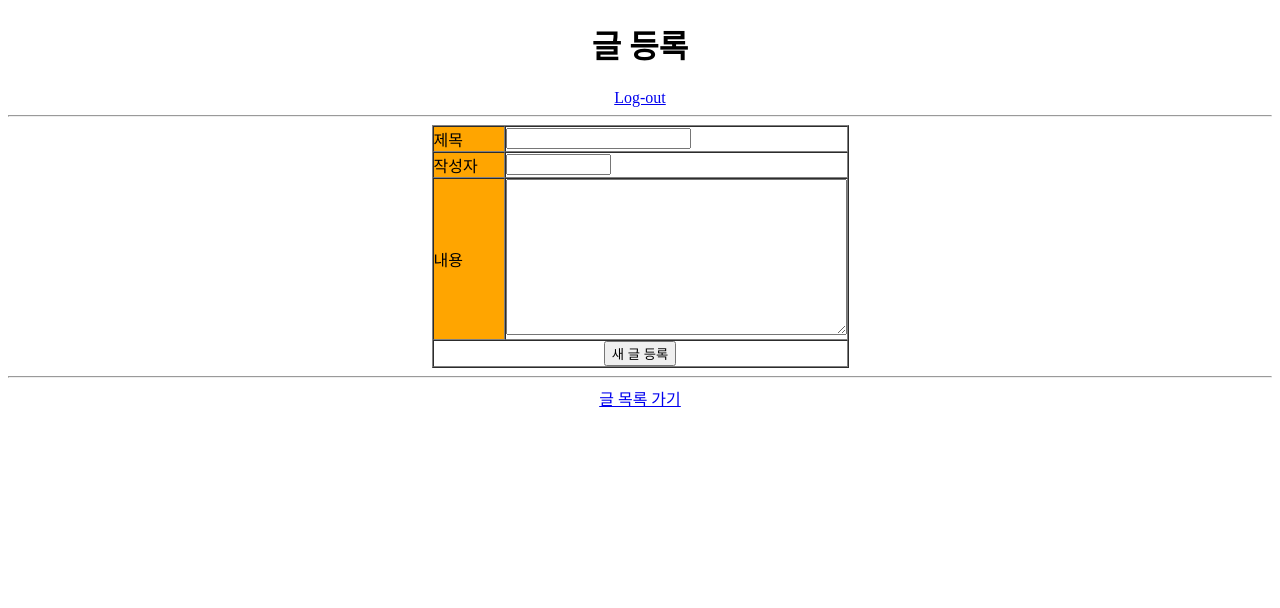
Repository: eunahpae/Spring_
Page: http://localhost/BoardWeb/insertBoard.jsp
These files come from the project's save history. The page is drawn as it stood at one moment and after the next save; the edit follows.
The browser window is 1280 px wide. The pictures show the whole page.
The page is served by Tomcat 9. Nobody is signed in. The application's start-up code is not run. Other server files are loaded and not shown.

Above is the page before, as saved 2024-07-16 04:46:46.

### BoardWeb/src/main/webapp/insertBoard.jsp
<%@ page language="java" contentType="text/html; charset=UTF-8"
	pageEncoding="UTF-8"%>
<!DOCTYPE html>
<html>
<head>
<meta charset="UTF-8">
<title>새 글 등록</title>
</head>
<body>
	<center>
		<h1>글 등록</h1>
		<a href="logout_proc.jsp">Log-out</a>
		<hr>
		<form action="insertBoard.do" method="post" enctype="multipart/form-data">
			<table border="1" cellpadding="0" cellspacing="0">
				<tr>
					<td bgcolor="orange" width="70">제목</td>
					<td align="left"><input type="text" name="title" /></td>
				</tr>
				<tr>
					<td bgcolor="orange">작성자</td>
					<td align="left"><input type="text" name="writer" size="10" /></td>
				</tr>
				<tr>
					<td bgcolor="orange">내용</td>
					<td align="left"><textarea name="content" cols="40" rows="10"></textarea></td>
				</tr>
				<tr>
					<td colspan="2" align="center"><input type="submit"
						value="새 글 등록" /></td>
				</tr>
			</table>
		</form>
		<hr>
		<a href="getBoardList.do">글 목록 가기</a>
	</center>

</body>
</html>

After the next save:
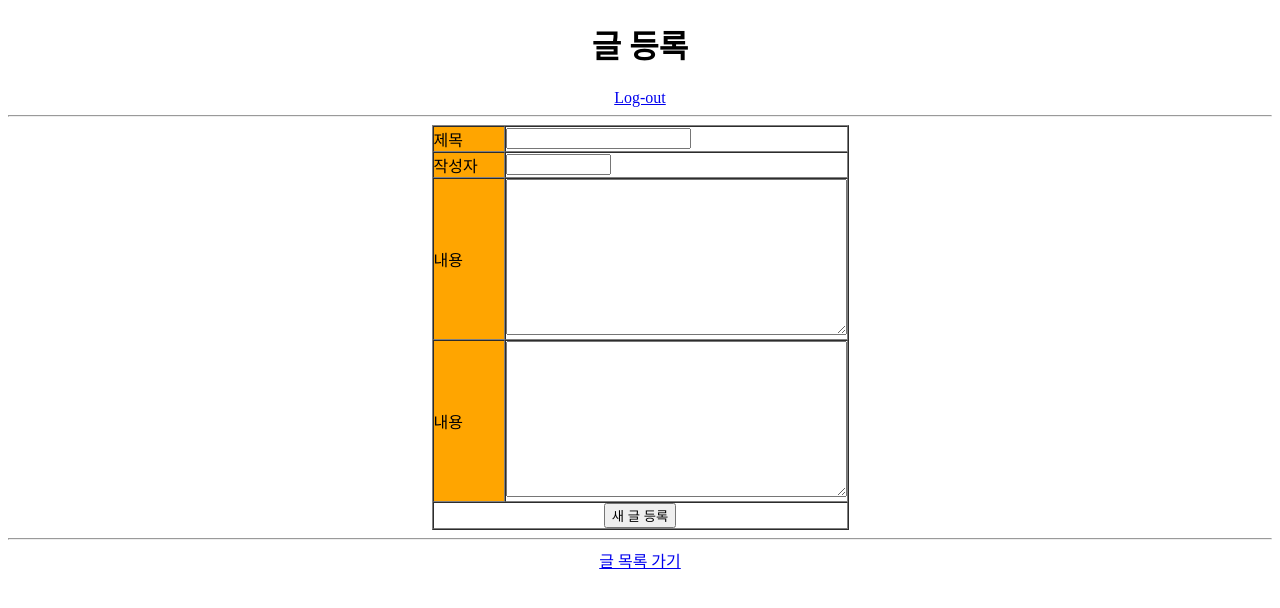
Saved 30 s later.
--- a/BoardWeb/src/main/webapp/insertBoard.jsp
+++ b/BoardWeb/src/main/webapp/insertBoard.jsp
@@ -26,6 +26,10 @@
 					<td align="left"><textarea name="content" cols="40" rows="10"></textarea></td>
 				</tr>
 				<tr>
+					<td bgcolor="orange" width="70">내용</td>
+					<td align="left"><textarea name="content" cols="40" rows="10"></textarea></td>
+				</tr>
+				<tr>
 					<td colspan="2" align="center"><input type="submit"
 						value="새 글 등록" /></td>
 				</tr>
